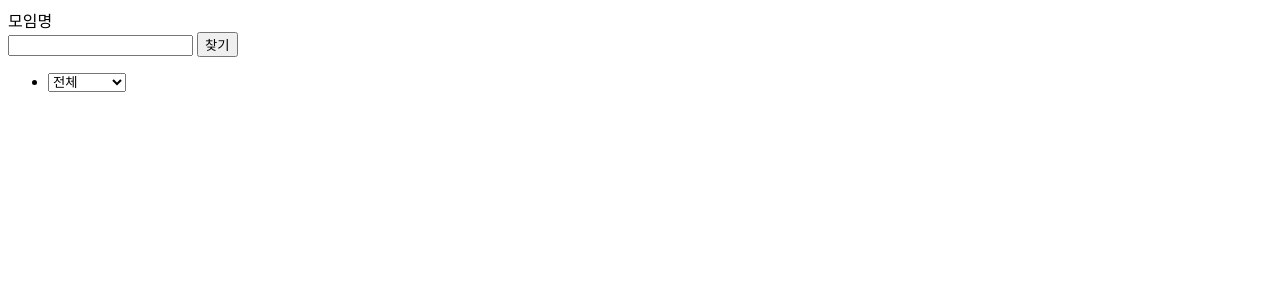
Repository: onpul/TEAM1
Page: http://localhost/Riding/mj/RidingList.jsp
The author's editor kept a copy of each file at every save. The page is drawn from the files as they stood at one save, then again after the next save.
The browser window is 1280 px wide. The pictures show the whole page.
The page is served by Tomcat 9.

Above is the page before, as saved 2022-06-04 10:15:34.

After the next save:
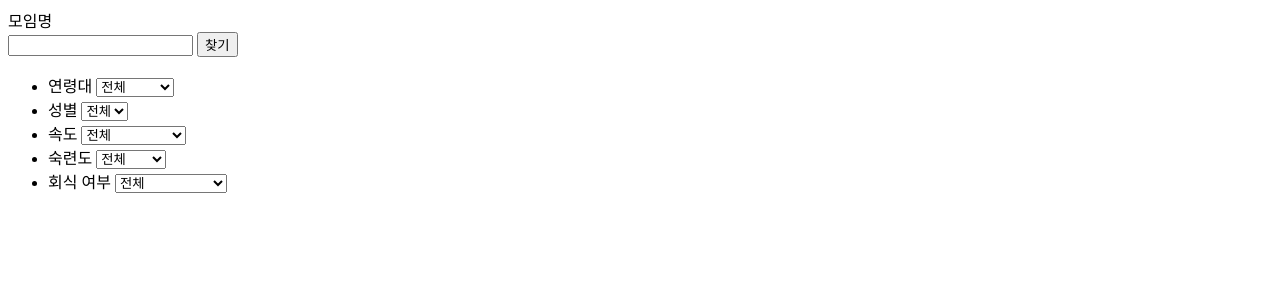
Saved 3 min 58 s later.
--- a/Riding/WebContent/mj/RidingList.jsp
+++ b/Riding/WebContent/mj/RidingList.jsp
@@ -17,7 +17,7 @@
 </div>
 <div>
 	<ul>
-	<li>
+	<li> 연령대
 		<select name="" id="">
 			<option value="전체">전체</option>
 			<option value="10대">10대</option>
@@ -28,6 +28,37 @@
 			<option value="60대">60대 이상</option>
 		</select>
 	</li>
+	<li> 성별
+		<select name="" id="">
+			<option value="전체">전체</option>
+			<option value="남성">남성</option>
+			<option value="여성">여성</option>
+		</select>
+	</li>
+	<li> 속도
+		<select name="" id="">
+			<option value="전체">전체</option>
+			<option value="20미만">20미만</option>
+			<option value="20이상 24미만">20이상 24미만</option>
+			<option value="24이상">24이상</option>
+		</select>
+	</li>
+	<li> 숙련도
+		<select name="" id="">
+			<option value="전체">전체</option>
+			<option value="1년 미만">1년 미만</option>
+			<option value="1~3년">1~3년</option>
+			<option value="3~5년">3~5년</option>
+			<option value="6년 이상">6년 이상</option>
+		</select>
+	</li>
+	<li> 회식 여부
+		<select name="" id="">
+			<option value="전체">전체</option>
+			<option value="끝나고 회식해요">끝나고 회식해요</option>
+			<option value="끝나고 회식 안 해요">끝나고 안 해요</option>
+		</select>
+	</li>
 	</ul>
 </div>
 </body>
